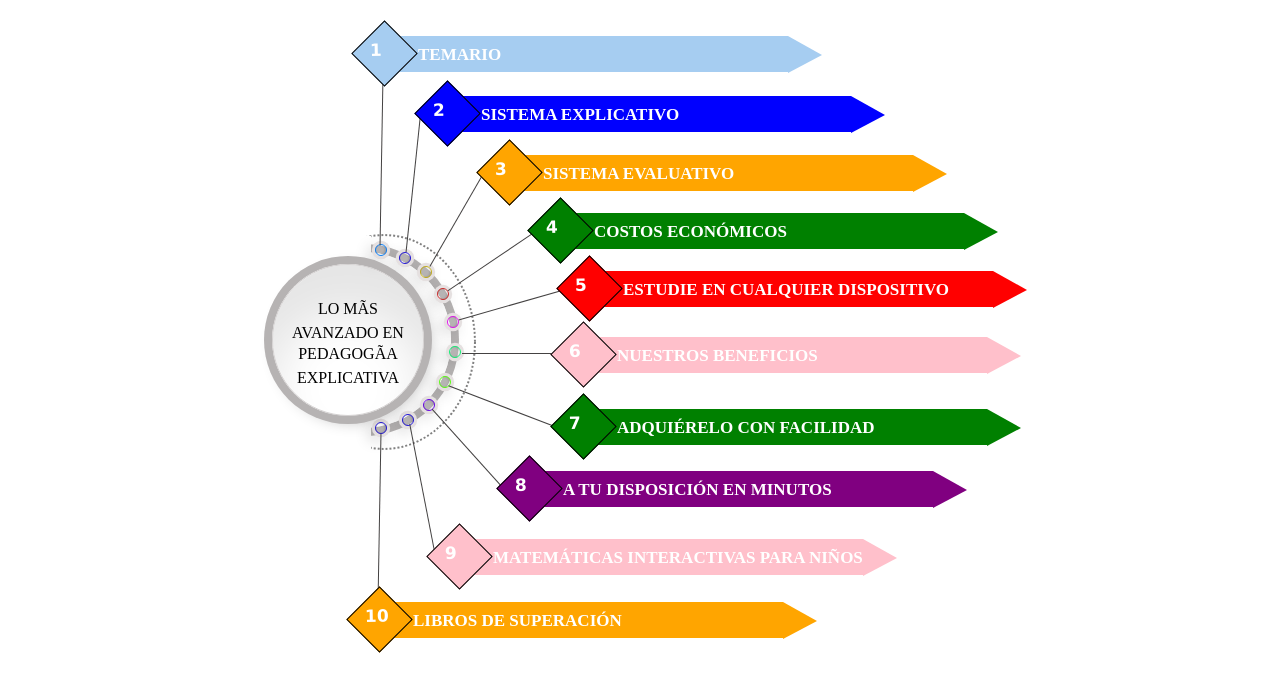
Repository: jennymoreno94/Menu
Page: index.html
An editor plug-in stored every save of this project. The page is shown before and after the next save, followed by the edit.
The browser window is 1280 px wide. The pictures show the whole page.

Above is the page before, as saved 2021-08-01 22:27:33.

### index.html
<!DOCTYPE html>
<html lang=”en”>

<head>
  <link rel="stylesheet" href="estilo.css">
  <meta charset=”UTF-8″ />
  <title>Menu</title>
</head>
<body>
  <container>
    <div class="circulo-completo">
      <div class="circle-menu">
        <p>LO MÁS AVANZADO EN PEDAGOGÍA EXPLICATIVA</p>
      </div>
      <div id="circulo" class="circle-menus derecha"></div>
    </div>
    <div class="circle-punto derecha"> </div>
  </container>
</body>
<script type="text/javascript" src="menu.js"></script>

</html>

### estilo.css


.circulo-completo {
    margin: 250px;
}

.circle-menu {
    position: relative;
    width: 150px;
    height: 150px;
    border: 1px solid rgb(211, 208, 208);
    border-radius: 50%;
    box-shadow: inset 0 3em 3em rgba(0, 0, 0, 0.1), 0 0 0 0.5rem rgb(182, 179, 179), 0.3em 0.3em 1em rgba(0, 0, 0, 0.3);
    float: left;
    z-index: 7;
    margin: 14px;
}

p {
    padding: 1rem;
    text-align: center;
}

.circle-menus {
    position: relative;
    background-color: gray;
    width: 180px;
    height: 180px;
    border-radius: 50% 50%;
    margin-left: -165px;
    float: left;
    z-index: 6;
}

.circle-menus::before {
    position: absolute;
    content: "";
    top: 1%;
    left: 1%;
    background-color: #fff;
    height: 98%;
    width: 98%;
    border-radius: 50% 50%;
    box-shadow: inset 0 3em 3em rgb(255, 255, 255), 0 0 0 0.5rem rgb(182, 179, 179), 0.3em 0.3em 1em rgb(255, 255, 255);
}

.circle-menus::after {
    position: absolute;
    content: "";
    height: 50%;
    background-color: rgb(255, 255, 255);
    border: 1px solid #fff;
    top: 50%;
    left: 0;
    width: 100%;
    box-shadow: inset 0 3em 3em rgb(255, 255, 255), 0 0 0 0.5rem rgb(255, 255, 255), 0.3em 0.3em 1em rgb(255, 255, 255);
}

.circle-menus.derecha {
    transform: rotate(90deg);
}

.circulo-pequeno {
    position: relative;
    width: 10px;
    height: 10px;
    border-radius: 50%;
    box-shadow: inset 0 0.1rem 0.1rem rgba(0, 0, 0, 0.1), 0 0 0 0.2rem rgb(229, 224, 224), 0.3em 0.3em 1em rgba(0, 0, 0, 0.3);
    float: left;
    z-index: 5;
}

.num1 {
    border: 1px solid rgb(10 124 241);
    margin: 66px 0px 48px -6px;
}

.num::after {
    height: 1px;
    background-color: red;
}

.num2 {
    border: 1px solid rgb(32 20 212);
    margin: 42px 0px 0px -4px;
}

.num3 {
    border: 1px solid rgb(190 169 26);
    margin: 21px 0px 0px 2px;
}

.num4 {
    border: 1px solid rgb(200 41 41);
    margin: 4px 0px 0px 10px;
}

.num5 {
    border: 1px solid rgb(222 19 235);
    margin: -6px 0px 0px 16px;
}

.num6 {
    border: 1px solid rgb(18 235 115);
    margin: -8px 0px 0px 18px;
}

.num7 {
    border: 1px solid rgb(89 249 20);
    margin: 2px 0px 0px 18px;
}

.num8 {
    border: 1px solid rgb(100 3 225);
    margin: 18px 0px 0px 11px;
}

.num9 {
    border: 1px solid rgb(32 20 212);
    margin: 39px -1px 0px 3px;
}

.num10 {
    border: 1px solid rgb(32 20 212);
    margin: 66px -14px 0px -3px;
}

.circle-punto {
    position: relative;
    width: 212px;
    height: 180px;
    border-radius: 50% 50%;
    margin-left: -177px;
    border: 2px dotted gray;
    float: left;
    z-index: 4;
}

.circle-punto::before {
    position: absolute;
    content: "";
    top: 1%;
    left: 1%;
    background-color: #fff;
    height: 98%;
    width: 98%;
    border-radius: 50% 50%;
}

.circle-punto::after {
    position: absolute;
    content: "";
    height: 50%;
    background-color: rgb(255, 255, 255);
    border: 1px dotted #fff;
    top: 57%;
    left: 0;
    width: 100%;
}

.circle-punto.derecha {
    transform: rotate(90deg);
}

.boton-agrupado {
    position: relative;
    float: left;
    z-index: 3;
}

.button-href {
    position: relative;
    width: 400px;
    height: 36px;
    border: 1px solid var(--color);
    background: var(--color);
    display: inline-block;
    color: black;
    text-decoration: none;
    z-index: 1;

}

/*.button-href::before {
  position: absolute;
  content: "";
  width: 45px;
  height: 45px;
  background: var(--color);
  -webkit-transform: rotate(45deg);
  -moz-transform: rotate(45deg);
  -ms-transform: rotate(45deg);
  -o-transform: rotate(45deg);
  transform: rotate(45deg);
  border: 1px solid;
  margin-left: -27px;
  margin-top: -6px;
}*/

.flecha {
    position: absolute;
    content: "";
    border-left: 34px solid var(--color);
    border-top: 19px solid transparent;
    border-bottom: 18px solid transparent;
}

.texto {
    margin-left: 30px;
    margin-top: 9px;
    font-size: 17px;
    color: white;

}

.btn1 {
    transform: translateY(-268px) translateX(-391px) rotate(630deg);
}

.btn2 {
    transform: translateY(-307px) translateX(-339px) rotate(630deg);
}

.btn3 {
    transform: translateY(-348px) translateX(-294px) rotate(630deg);
}

.btn4 {
    transform: translateY(-382px) translateX(-258px) rotate(630deg);
}

.btn5 {
    transform: translateY(-401px) translateX(-228px) rotate(630deg);
}

.btn6 {
    transform: translateY(-393px) translateX(-192px) rotate(630deg);
}

.btn7 {
    transform: translateY(-403px) translateX(-150px) rotate(630deg);
}

.btn8 {
    transform: translateY(-365px) translateX(-111px) rotate(630deg);
}

.btn9 {
    transform: translateY(-316px) translateX(-58px) rotate(630deg);
}

.btn10 {
    transform: translateY(-263px) translateX(-3px) rotate(630deg);
}

.linea {
    position: relative;
    width: 112px;
    height: 47px;
    border-bottom: 1px solid rgb(68, 66, 66);
    float: left;
    z-index: 2;
}

.linea1 {
    transform: translateY(4px) translateX(-168px) rotate(181deg);
    width: 168px;
}

.linea2 {
    transform: translateY(-4px) translateX(-143px) rotate(186deg);
    width: 140px;
}

.linea3 {
    transform: translateY(-30px) translateX(-115px) rotate(210deg);
    width: 110px;
}

.linea4 {
    transform: translateY(-57px) translateX(-105px) rotate(236deg);
}

.linea5 {
    transform: translateY(-72px) translateX(-91px) rotate(254deg);
}

.linea6 {
    transform: translateY(-76px) translateX(-67px) rotate(270deg);
    width: 100px;
}

.linea7 {
    transform: translateY(-86px) translateX(-51px) rotate(291deg);
    width: 118px;
}

.linea8 {
    transform: translateY(-77px) translateX(-21px) rotate(318deg);
}

.linea9 {
    transform: translateY(-11px) translateX(12px) rotate(169deg);
    width: 140px;
}

.linea10 {
    transform: translateY(-41px) translateX(11px) rotate(361deg);
    width: 168px;
}

.text {
    border-radius: 4px;
    font-family: Verdana;
    color: white;
    position: relative;
    overflow: hidden;
    padding: 4px;
    top: 37%;
    transform: translateY(-111%) rotate( 314deg);
    font-size: 17px;
    text-transform: uppercase;
}

.rombo {
    position: absolute;
    content: "";
    width: 45px;
    height: 45px;
    background: var(--color);
    -webkit-transform: rotate(45deg);
    -moz-transform: rotate(45deg);
    -ms-transform: rotate(45deg);
    -o-transform: rotate(45deg);
    transform: rotate(45deg);
    border: 1px solid;
    margin-left: -27px;
    margin-top: -6px;
    z-index: 2;
}

### menu.js
let circulo = document.getElementById("circulo");

function Menu() {
    for (i = 0; i < 10 ; i++ ) {
        let circuloPequeno = document.createElement("div")
        circuloPequeno.classList.add("circulo-pequeno")
        circuloPequeno.classList.add(`num${i+1}`)

        let linea = document.createElement("div")
        linea.classList.add("linea")
        linea.classList.add(`linea${i+1}`)

        let boton = document.createElement("div")
        boton.classList.add("boton-agrupado")
        boton.classList.add(`btn${i+1}`)

        let color=cambiocolor(i+1)

        let spanRombo =document.createElement("span")
        spanRombo.classList.add("rombo")
        spanRombo.classList.add(`span${i+1}`)
        spanRombo.style.setProperty(`background`, color);

        let h3Rombo =document.createElement("h3")
        h3Rombo.classList.add("text")


        let link =document.createElement("a")
        link.classList.add("button-href")
        link.classList.add(`color${i+1}`)
        link.style.setProperty(`background`, color);


        let span =document.createElement("span")
        span.classList.add("flecha")
        span.classList.add(`span${i+1}`)
        span.style.setProperty(`border-left`,`34px solid ${color}`);


        let h3 =document.createElement("h3")
        h3.classList.add("texto")
        let textoFinal = texto(i+1)

        circulo.appendChild(circuloPequeno)
        circuloPequeno.appendChild(linea)
        circuloPequeno.appendChild(boton)
        boton.appendChild(spanRombo)
        boton.appendChild(link)
        boton.appendChild(span)
        link.appendChild(h3)
        spanRombo.appendChild(h3Rombo)
        h3.append(textoFinal);
        h3Rombo.append(i+1);


    }
}


function texto(num) {
    let texto = ''
    switch (num) {
        case 1: texto='TEMARIO'
        break;
        case 2: texto='SISTEMA EXPLICATIVO'
        break;
        case 3: texto='SISTEMA EVALUATIVO'
        break;
        case 4: texto='COSTOS ECONÓMICOS'
        break;
        case 5: texto='ESTUDIE EN CUALQUIER DISPOSITIVO'
        break;
        case 6: texto='NUESTROS BENEFICIOS'
        break;
        case 7: texto='ADQUIÉRELO CON FACILIDAD'
        break;
        case 8: texto='A TU DISPOSICIÓN EN MINUTOS'
        break;
        case 9: texto='MATEMÁTICAS INTERACTIVAS PARA NIÑOS'
        break;
        case 10: texto='LIBROS DE SUPERACIÓN'
        break;
    }

    return texto

}

function cambiocolor(num) {
    debugger;
    let color = ''
    switch (num) {
        case 1: color='rgb(166, 205, 241)'
        break;
        case 2: color='blue'
        break;
        case 3: color='orange'
        break;
        case 4: color='green'
        break;
        case 5: color='red'
        break;
        case 6: color='pink'
        break;
        case 7: color='green'
        break;
        case 8: color='purple'
        break;
        case 9: color='pink'
        break;
        case 10: color='orange'
        break;
    }

    return color

}




document.onload = Menu()

After the next save:
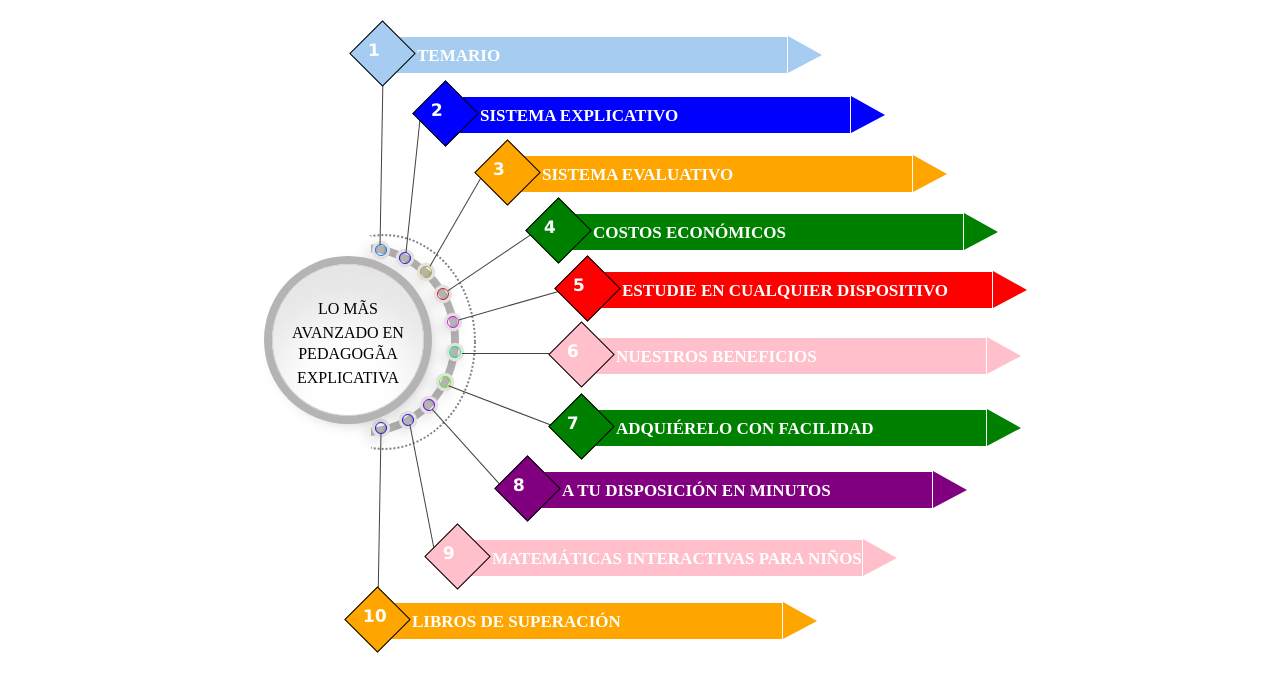
Saved 47 s later.
--- a/estilo.css
+++ b/estilo.css
@@ -172,8 +172,8 @@
     position: relative;
     width: 400px;
     height: 36px;
-    border: 1px solid var(--color);
-    background: var(--color);
+    border: 1px solid white;
+    background: white;
     display: inline-block;
     color: black;
     text-decoration: none;
@@ -200,7 +200,7 @@
 .flecha {
     position: absolute;
     content: "";
-    border-left: 34px solid var(--color);
+    border-left: 34px solid white;
     border-top: 19px solid transparent;
     border-bottom: 18px solid transparent;
 }
@@ -327,7 +327,7 @@
     content: "";
     width: 45px;
     height: 45px;
-    background: var(--color);
+    background: white;
     -webkit-transform: rotate(45deg);
     -moz-transform: rotate(45deg);
     -ms-transform: rotate(45deg);

After the save that followed:
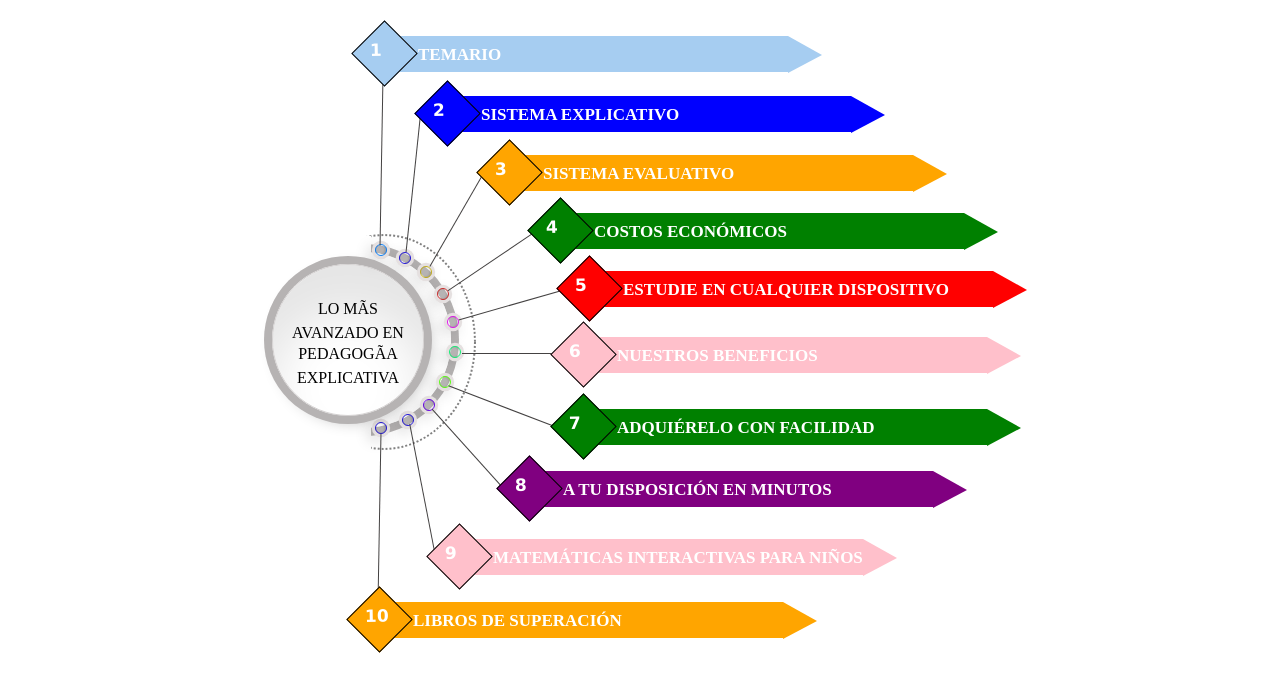
Saved 76 s later.
--- a/estilo.css
+++ b/estilo.css
@@ -172,7 +172,6 @@
     position: relative;
     width: 400px;
     height: 36px;
-    border: 1px solid white;
     background: white;
     display: inline-block;
     color: black;
